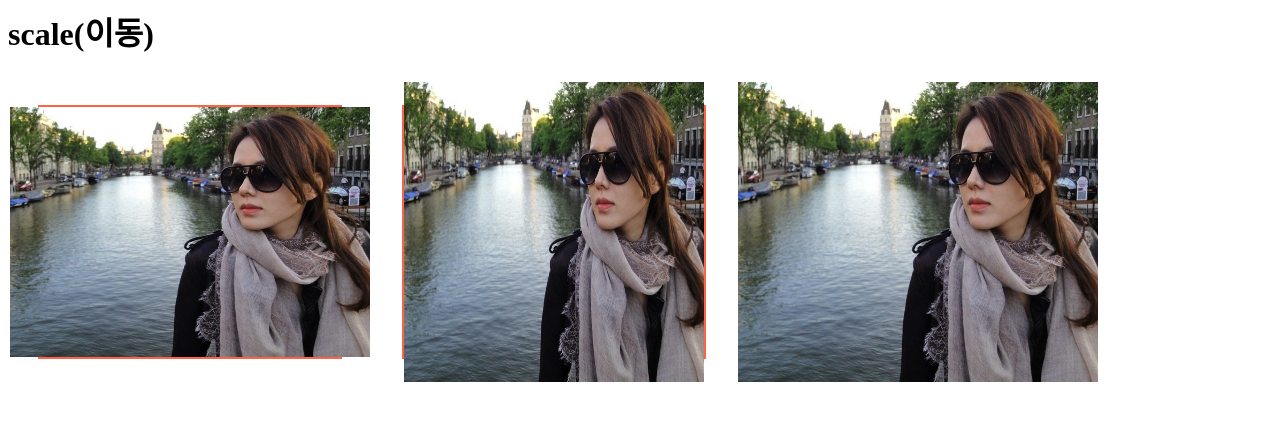
Repository: hojohe/bit-java
Page: 07_css/WebContent/14_transform/02_scale.htm
These files come from the project's save history. The page is drawn as it stood at one moment and after the next save; the edit follows.
The browser window is 1280 px wide. The pictures show the whole page.

Above is the page before, as saved 2017-01-25 01:40:46.

### 07_css/WebContent/14_transform/02_scale.htm
<html>
<head>
<title> scale (확대) </title>
<meta charset="utf-8" />
<style>
	div {
		background: yellow;
		width: 300px;
		height: 250px;
		border: 2px solid tomato;
		float: left;
		margin: 30px;
	}

	img {
		width: 300px; height: 250px;
	}

	#x > img { transform: scaleX(1.2); }
	#y > img { transform: scaleY(1.2); }
	#all > img { transform: scale(1.2, 1.2); }
</style>
</head>
<body>
    <h1>scale(이동)</h1>
    <div id="x"><img src="../images/pic1.jpg" /></div>
    <div id="y"><img src="../images/pic1.jpg" /></div>
    <div id="all"><img src="../images/pic1.jpg" /></div>
</body>
</html>

After the next save:
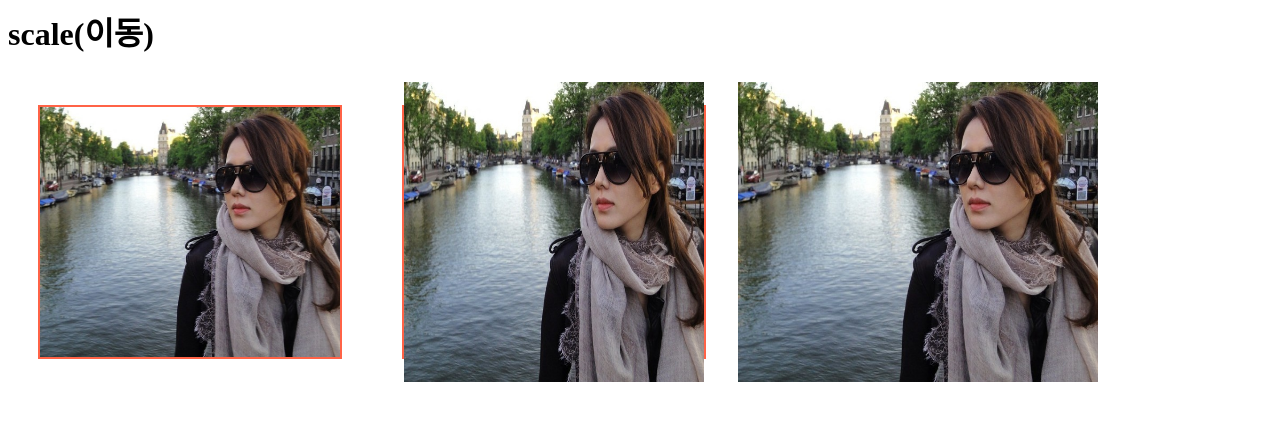
Saved 16 s later.
--- a/07_css/WebContent/14_transform/02_scale.htm
+++ b/07_css/WebContent/14_transform/02_scale.htm
@@ -15,7 +15,7 @@
 	img {
 		width: 300px; height: 250px;
 	}
-
+	// 비율
 	#x > img { transform: scaleX(1.2); }
 	#y > img { transform: scaleY(1.2); }
 	#all > img { transform: scale(1.2, 1.2); }

After the save that followed:
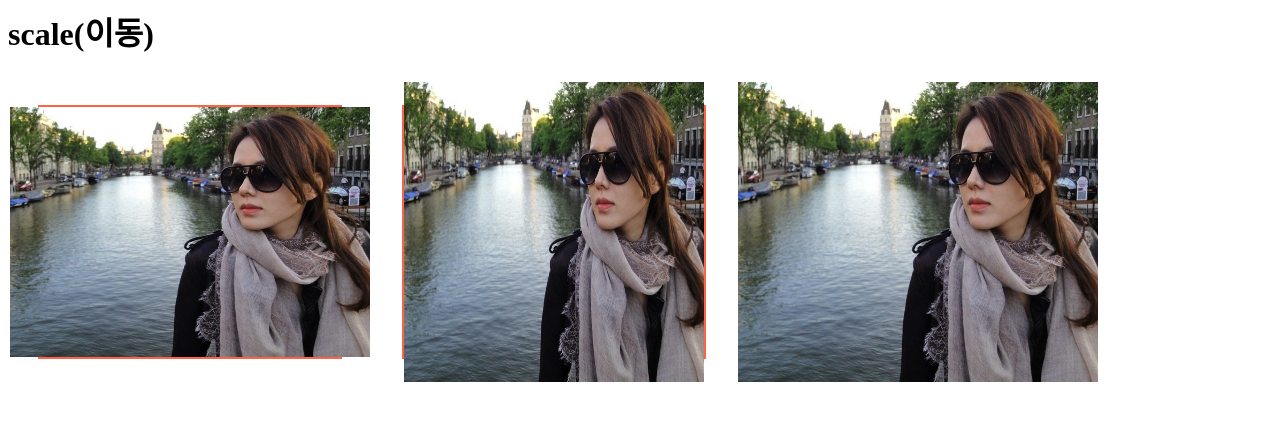
Saved 8 s later.
--- a/07_css/WebContent/14_transform/02_scale.htm
+++ b/07_css/WebContent/14_transform/02_scale.htm
@@ -15,7 +15,7 @@
 	img {
 		width: 300px; height: 250px;
 	}
-	// 비율
+	/*scale > 비율*/
 	#x > img { transform: scaleX(1.2); }
 	#y > img { transform: scaleY(1.2); }
 	#all > img { transform: scale(1.2, 1.2); }
